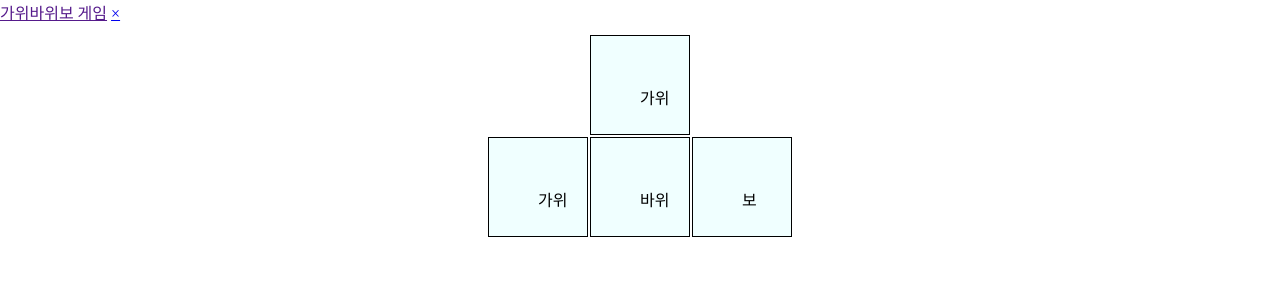
Repository: venandi48/RockScissorPaper-Game
Page: index.html
These files come from the project's save history. The page is drawn as it stood at one moment and after the next save; the edit follows.
The browser window is 1280 px wide. The pictures show the whole page.
The style sheet was rebuilt from its Sass, Less or Tailwind sources for each picture, by a compiler version that may differ from the author's.

Above is the page before, as saved 2023-11-13 17:06:20.

After the next save:
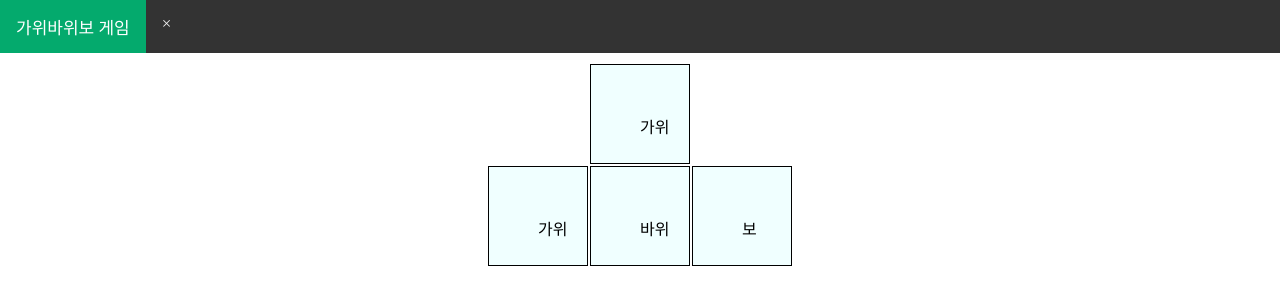
Saved 65 s later.
--- a/style.scss
+++ b/style.scss
@@ -9,6 +9,34 @@
 ::before,
 ::after {
   box-sizing: border-box;
+}
+
+/* Add a black background color to the top navigation */
+.topnav {
+  background-color: #333;
+  overflow: hidden;
+}
+
+/* Style the links inside the navigation bar */
+.topnav a {
+  float: left;
+  color: #f2f2f2;
+  text-align: center;
+  padding: 14px 16px;
+  text-decoration: none;
+  font-size: 17px;
+}
+
+/* Change the color of links on hover */
+.topnav a:hover {
+  background-color: #ddd;
+  color: black;
+}
+
+/* Add a color to the active/current link */
+.topnav a.active {
+  background-color: #04aa6d;
+  color: white;
 }
 
 /* The side navigation menu */
